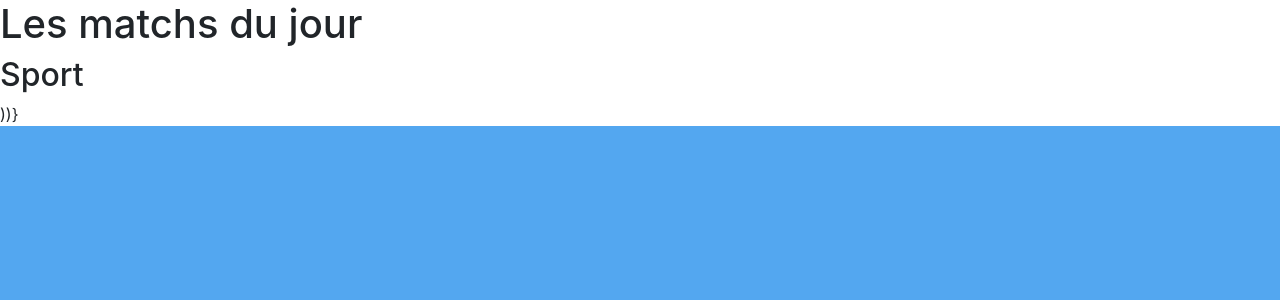
Repository: AnthonyPortier/Storpe_Front
Page: /match (app in front/)
The author's editor kept a copy of each file at every save. The page is drawn from the files as they stood at one save, then again after the next save.
The browser window is 1280 px wide. The pictures show the whole page.
The page's requests for data from a server got no answer. Some web libraries are served in a nearby version. The project was rebuilt for these pictures with package versions that can differ from the ones it lists, and the page was loaded fresh each time. No one was signed in, and anything a server would have sent is missing. Also part of the build but not shown: front/src/components/2_landingPage/LandingPage.css, front/src/components/2_landingPage/LandingPage.js, front/src/components/Ressources/HandleMMRChange.js, front/src/components/1_matchPage/MatchPage.scss, front/src/components/1_matchPage/MatchPage.js, front/src/components/7_registerPage/RegisterPage.css, front/src/components/7_registerPage/RegisterPage.js.

Above is the page before, as saved 2019-12-20 04:41:40.

After the next save:
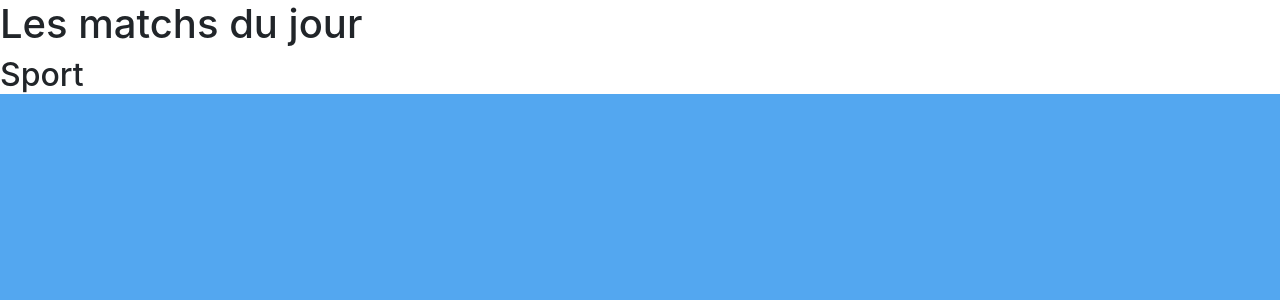
Saved 64 s later.
--- a/front/src/components/0_matchPage/Match.js
+++ b/front/src/components/0_matchPage/Match.js
@@ -47,7 +47,7 @@ const Matches = () => {
                 <h2>Sport</h2>
             </div>
             <div>
-                {match.map( e => {
+                {match.map( (e) => {
                     <div>
                         <p>{match.homeTeam}</p>
                         <p>{match.logo_homeTeam}</p>
@@ -58,8 +58,6 @@ const Matches = () => {
                         <p>{match.resultat_match}</p>
                     </div>
                 })}
-
-                ))}
             </div>
             <div>
                 <p>{idMatch.homeTeam}</p>
